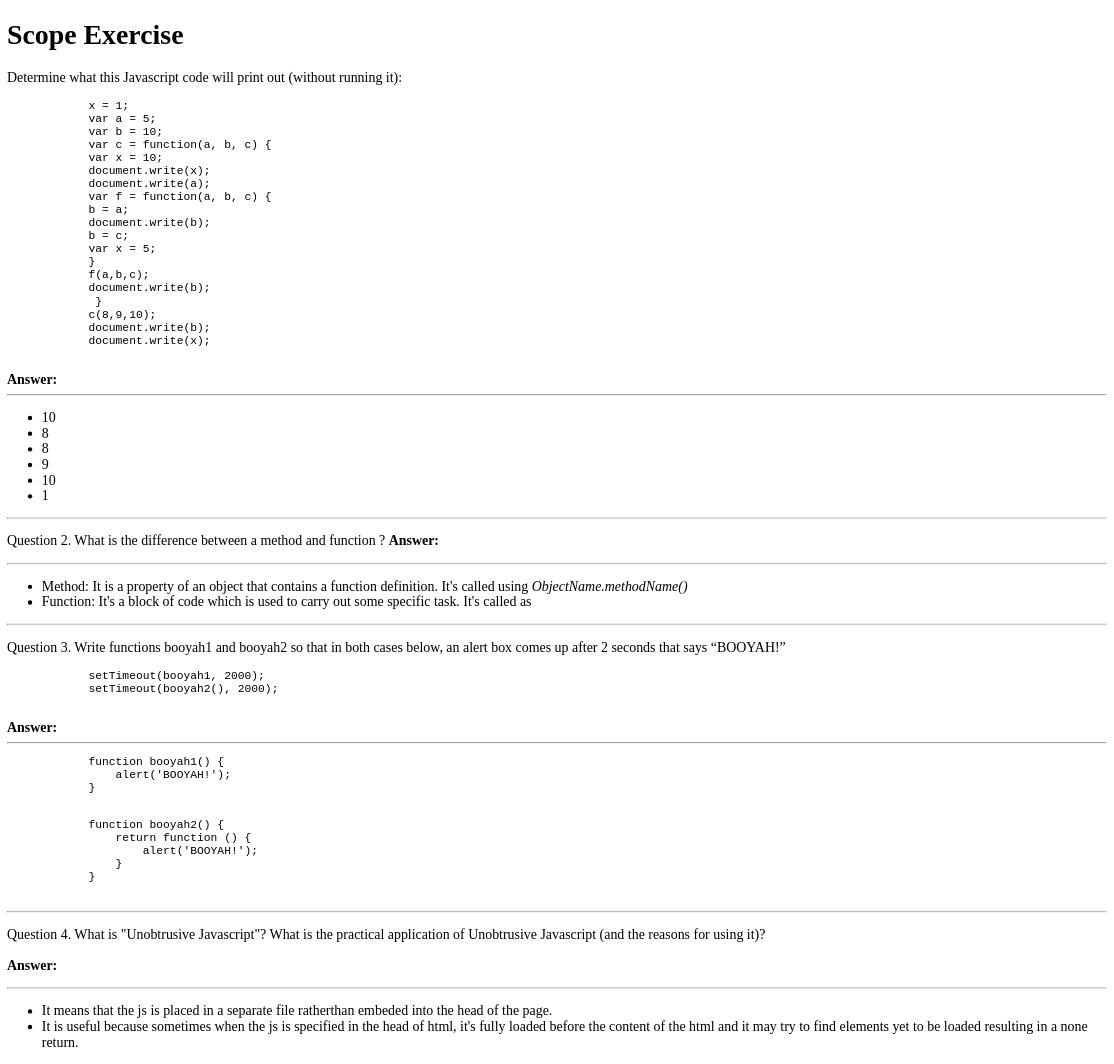
Repository: bethelbahiru/WAP
Page: Homework3/scope.html
These files come from the project's save history. The page is drawn as it stood at one moment and after the next save; the edit follows.
The browser window is 1280 px wide. The pictures show the whole page, at 87% of full size.

Above is the page before, as saved 2022-01-18 15:53:11.

### Homework3/scope.html
<!DOCTYPE html>
<html lang="en">
<head>
    <meta charset="UTF-8">
    <meta http-equiv="X-UA-Compatible" content="IE=edge">
    <meta name="viewport" content="width=device-width, initial-scale=1.0">
    <title>Scope Exercise</title>
</head>
<body>
    <h1><strong>Scope Exercise</strong></h1>
    <p> Determine what this Javascript code will print out (without running it):
        <pre>
            x = 1;
            var a = 5;
            var b = 10;
            var c = function(a, b, c) {
            var x = 10;
            document.write(x);
            document.write(a);
            var f = function(a, b, c) {
            b = a;
            document.write(b);
            b = c;
            var x = 5;
            }
            f(a,b,c);
            document.write(b);
             }
            c(8,9,10);
            document.write(b);
            document.write(x);
        </pre>

        <strong>Answer:</strong>
        <hr>
        <ul>
            <li>10</li>
            <li>8</li>
            <li>8</li>
            <li>9</li>
            <li>10</li>
            <li>1</li>
        </ul>
    </p>
    <hr>
    <p>Question 2.  What is the difference between a method and function ?

        <strong>Answer:</strong>
        <hr>
        <ul>
            <li>Method: It is a property of an object that contains a function definition. It's called using <em>ObjectName.methodName()</em></li>
            <li>Function: It's a block of code which is used to carry out some specific task. It's called as </li>
        </ul>
    </p>
    <hr>
    <p>Question 3. Write functions booyah1 and booyah2 so that in both cases below, an alert box comes up after 2 seconds that
        says “BOOYAH!”
        <pre>
            setTimeout(booyah1, 2000);
            setTimeout(booyah2(), 2000);
        </pre>
        <strong>Answer:</strong>
        <hr>
        <pre>
            function booyah1() {
                alert('BOOYAH!');
            }
        </pre>
        <pre>
            function booyah2() {
                return function () {
                    alert('BOOYAH!');
                }
            }
        </pre>
    </p>
    <hr>
    <p>Question 4. What is "Unobtrusive Javascript"? What is the practical application of Unobtrusive Javascript (and the reasons
        for using it)?
        <br/>
        <br/>
        <strong>Answer:</strong>
        <hr>
        <ul>
            <li>It means that the js is placed in a separate file ratherthan embeded into the head of the page.</li>
            <li>It is useful because sometimes when the js is specified in the head of html, it's fully loaded before the content of the html and it may try to find elements yet to be loaded resulting in a none return.</li>
        </ul>
    </p>

</body>
</html>

After the next save:
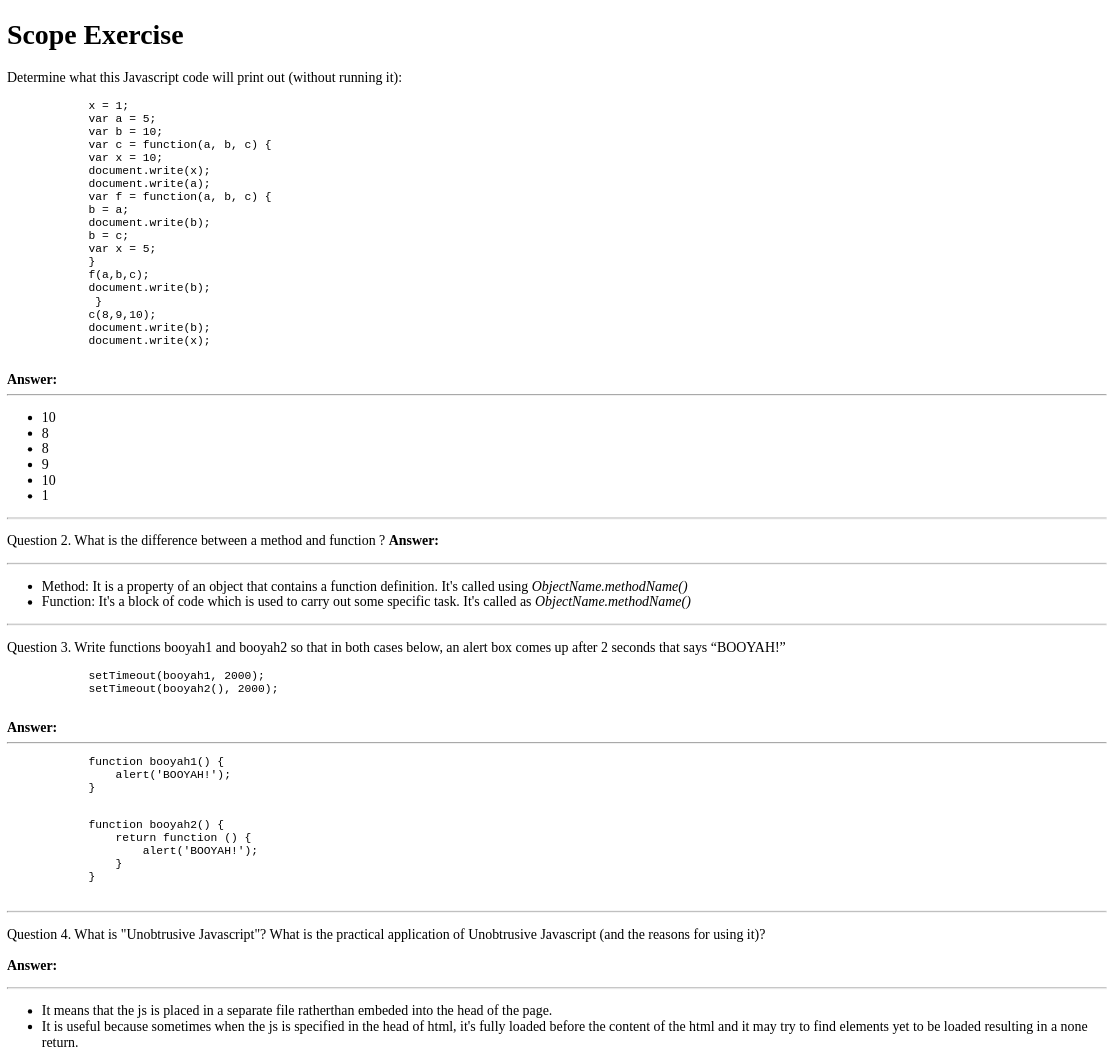
Saved 9 s later.
--- a/Homework3/scope.html
+++ b/Homework3/scope.html
@@ -49,7 +49,7 @@
         <hr>
         <ul>
             <li>Method: It is a property of an object that contains a function definition. It's called using <em>ObjectName.methodName()</em></li>
-            <li>Function: It's a block of code which is used to carry out some specific task. It's called as </li>
+            <li>Function: It's a block of code which is used to carry out some specific task. It's called as <em>ObjectName.methodName()</em></li>
         </ul>
     </p>
     <hr>
